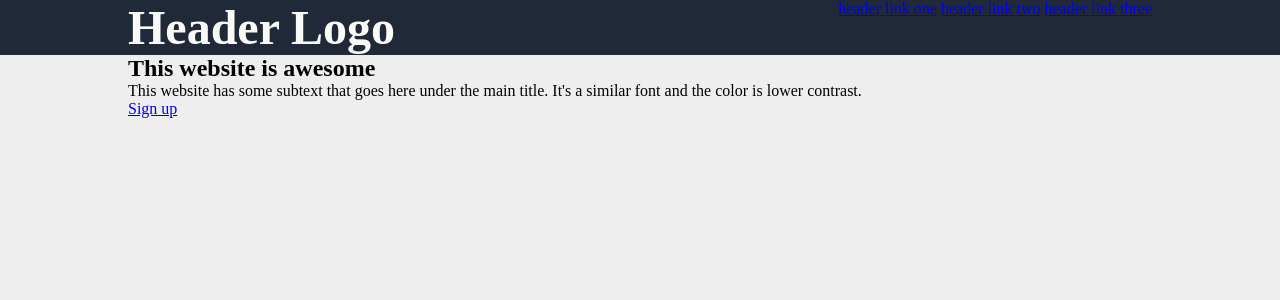
Repository: Pafestivo/Dummy-Landing-Page
Page: index.html
These files come from the project's save history. The page is drawn as it stood at one moment and after the next save; the edit follows.
The browser window is 1280 px wide. The pictures show the whole page.

Above is the page before, as saved 2022-09-26 17:42:09.

### index.html
<!DOCTYPE html>
<html lang="en">
<head>
    <meta charset="UTF-8">
    <meta name="viewport" content="width=device-width, initial-scale=1.0">
    <link rel="stylesheet" href="styles.css">
    <title>Landing Page</title>
</head>
<body>
    <header>
        <div class="container">
            <h1>Header Logo</h1>
            <nav>
                <a href="#">header link one</a>
                <a href="#">header link two</a>
                <a href="#">header link three</a>
            </nav>
        </div> <!-- /container-->
    </header>
    <main>
        <section class="first">
            <div class="container">
                <h1>This website is awesome</h1>
                <p>This website has some subtext that goes here under the main title. It's a similar font and the color is lower contrast.</p>
                <a href="#">Sign up</a>
                <img
                    src=""
                    alt=""
                />
            </div> <!-- /container-->
        </section> <!-- /first -->

        <section class="second">
            <div class="container">

            </div> <!-- /container-->
        </section> <!-- /second -->

        <section class="third">
            <div class="container">

            </div> <!-- /container-->
        </section> <!-- /third -->

        <section class="fourth">
            <div class="container">

            </div> <!-- /container-->
        </section> <!-- /fourth -->

        <footer>

        </footer>
    </main>
</body>
</html>

### styles.css
* {
  padding: 0;
  margin: 0;
  box-sizing: border-box;
}

body {
  font-family: serif;
  background-color: #eee;
}

.container {
  width: 80vw;
  margin: 0 auto;
}

/* head area */
header {
  background-color: #1F2937;
}

header h1 {
  font-size: 48px;
  font-weight: extra-bold;
  color: #F9FAF8;
}

header .container {
  display: flex;
  justify-content: space-between;
}
/* End head area  */

After the next save:
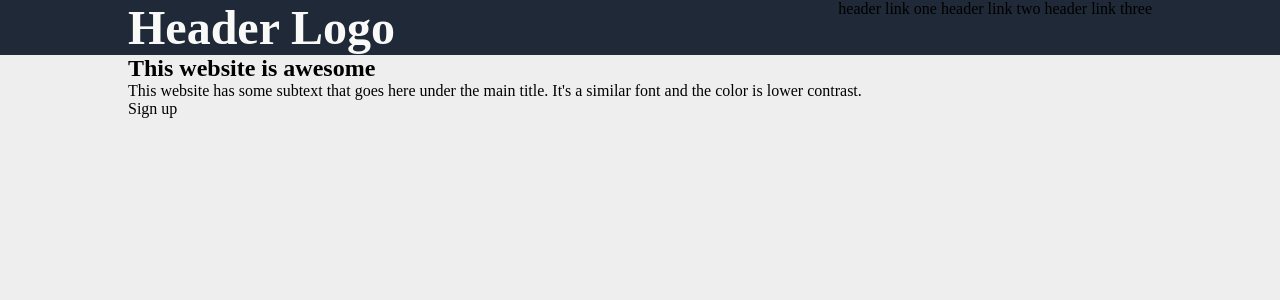
Saved 36 s later.
--- a/styles.css
+++ b/styles.css
@@ -12,6 +12,11 @@ body {
 .container {
   width: 80vw;
   margin: 0 auto;
+}
+
+a {
+  text-decoration: none;
+  color: inherit;
 }
 
 /* head area */
